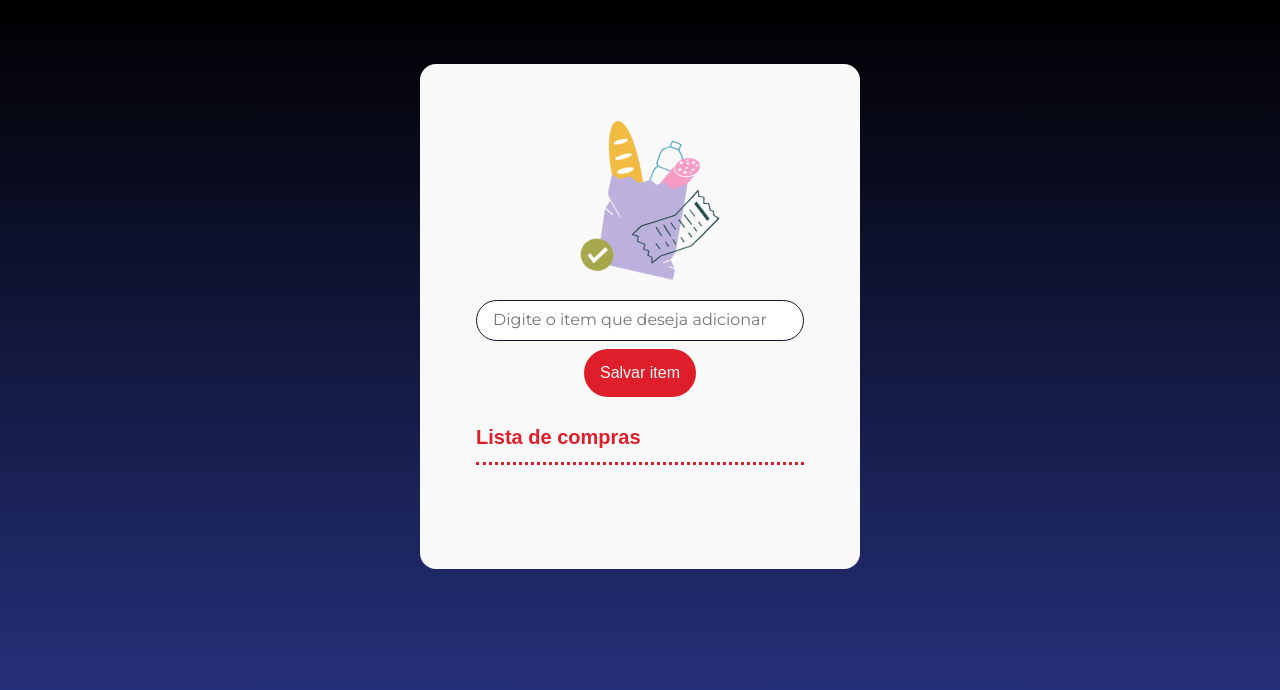
Repository: joaoPraiaJunior/compras_js
Page: index.html
The author's editor kept a copy of each file at every save. The page is drawn from the files as they stood at one save, then again after the next save.
The browser window is 1280 px wide. The pictures show the whole page.
Empty fields were first filled with sample values (such as "Sample", 5 or name@example.com).
After loading, the first visible `form.compras` was submitted once.
Some web fonts or font styles are not loaded; a fallback is used.

Above is the page before, as saved 2024-08-22 23:49:49.
Console error: TypeError: Failed to execute 'appendChild' on 'Node': parameter 1 is not of type 'Node'.

### index.html
<!DOCTYPE html>
<html lang="pt-BR" dir="ltr">

<head>
    <meta charset="UTF-8">
    <meta name="viewport" content="width=device-width, initial-scale=1.0">
    <meta name="description" content="Lista de compras">
    <title>Lista de Compras</title>
    <link rel="preconnect" href="https://fonts.googleapis.com">
    <link rel="preconnect" href="https://fonts.gstatic.com" crossorigin>
    <link href="https://fonts.googleapis.com/css2?family=Krona+One&family=Montserrat&family=Numans&display=swap" rel="stylesheet">
    <link rel="stylesheet" href="./css/styles.css">
</head>

<body>
    <header>
        <img src="./img/bag.png" alt="sacola de compras">
    </header>
    <main>
        <form class="compras" data-js="form-compras">
            <input class="compras__campo" type="text" name="compra" placeholder="Digite o item que deseja adicionar" data-js="input-do-item" required>
            <button type="submit" class="compras__botao" data-js="botao-adicionar-item">Salvar item</button>
        </form>
        <h1>Lista de compras</h1>
        <hr>

        <ul class="lista" data-js="lista-de-compras">
            <!-- <li class="lista__item">
                <div class="lista__container">
                    <div class="lista__compra">
                        <label class="checkbox" for="item-1">
                            <input class="checkbox__input" type="checkbox" id="item-1">
                            Ração de gato
                            <span class="checkbox__customizado checked"></span>
                        </label>
                    </div>
                    <div class="botao">
                        <button class="botao__excluir"><img src="./img/delete.svg" alt="Deletar"></button>
                        <button class="botao__editar"><img src="./img/edit.svg" alt="Editar"></button>
                    </div>
                </div>
                <p class="lista__data">Segunda-feira (<time datetime="2024-08-22">22/08/2024</time>) às <time>08:30</time></p>
            </li> -->
        </ul>
    </main>
    <script src="./js/scripts.js"></script>
</body>

</html>

### css/styles.css
* {
    box-sizing: border-box;
    margin: 0;
    padding: 0;
}

html {
    font-size: 62.5%;
}

:root {
    --cor-primaria: #df1e2b;
    --cor-secundaria: #C2373F;
    --neutro: #F9F9F9;
    --preto: #131730;
    --fonte-titulo: "Krona One", sans-serif;
    --fonte-texto: 'Numans', sans-serif;
    --degrade-azul: linear-gradient(180deg, #000000 0%, #26327F 100%);
}

body {
    display: flex;
    flex-direction: column;
    align-items: center;
    background: var(--degrade-azul);
    background-repeat: no-repeat;
    font-size: 1.6rem;
    height: 100vh;
}

header {
    text-align: center;
    margin-top: 6.4rem;
    background-color: var(--neutro);
    border-radius: 1.6rem 1.6rem 0 0;
    padding: 5.6rem 5.6rem 1.6rem 5.6rem;
    width: 44.0rem;

}

main {
    display: flex;
    flex-direction: column;
    align-items: center;
    gap: 2.4rem;
    background-color: var(--neutro);
    border-radius: 0 0 1.6rem 1.6rem;
    padding: 0 5.6rem 5.6rem 5.6rem;
    width: 44.0rem;
}

h1 {
    align-self: flex-start;
    font-family: var(--fonte-titulo);
    font-size: 2.0rem;
    color: var(--cor-primaria);
    line-height: 3.3rem;
}

hr {
    border: none;
    border-bottom: .3rem dotted var(--cor-primaria);
    margin-bottom: 2.4rem;
    width: 100%;
}

hr:empty {
    margin-top: calc(1.6rem * -1);
}

p, label {
    font-family: var(--fonte-texto);
    font-size: 1.8rem;
    font-weight: 400;
    text-align: left;
    line-height: 2.4rem;
}


.compras {
    display: flex;
    flex-direction: column;
    gap: .8rem;
    width: 100%;
}

.compras__campo {
    border: .1rem solid var(--preto);
    border-radius: 2.4rem;
    padding: 1.2rem 1.6rem;
}

.compras__campo::placeholder {
    font-family: "Montserrat", sans-serif;
    font-size: 1.6rem;
    line-height: 1.9rem;
}

.compras__botao {
    align-self: center;
    font-family: var(--fonte-texto);
    font-size: 1.6rem;
    line-height: 2.4rem;
    color: var(--neutro);
    background-color: var(--cor-primaria);
    border: none;
    border-radius: 2.4rem;
    padding: 1.2rem 1.6rem;
    cursor: pointer;
}

.lista {
    list-style: none;
    width: 100%;
}

.lista__container {
    display: flex;
    align-items: center;
    justify-content: space-between;
}

.lista__compra {
    display: flex;
    align-items: center;
}

.lista__etiqueta {
    cursor: pointer;
}

.lista__data {
    font-size: 1.2rem;
    line-height: 2.0rem;
}

.checkbox {
    display: flex;
    align-items: center;
    flex-direction: row-reverse;
    cursor: pointer;
}
.checkbox__input {
    opacity: 0;
    width: 0;
    height: 0;
}

.checkbox__customizado {
    background-color: var(--neutro);
    margin-right: .8rem;
    border: .1rem solid var(--preto);
    border-radius: .4rem;
    width: 2.0rem;
    height: 2.0rem;
    cursor: pointer
}

.checkbox__input:checked ~ .checked {
    position: relative;
    background-color: var(--preto);
}

.checked::before {
    content: "";
    position: absolute;
    top: -10%;
    left: 30%;
    width: .5rem;
    height: 1.4rem;
    border-top: .2rem solid var(--neutro);
    border-left: .2rem solid var(--neutro);
    transform: rotate(-140deg);
}

.botao__excluir, .botao__editar {
    background-color: transparent;
    border: none;
    cursor: pointer;
}

### js/scripts.js
const elementos = {
    formCompras: '[data-js="form-compras"]',
    inputDoItem: '[data-js="input-do-item"]',
    listaDeCompras: '[data-js="lista-de-compras"]',
}

const formCompras = document.querySelector(elementos.formCompras);
const inputDoItem = document.querySelector(elementos.inputDoItem);
const listaDeCompras = document.querySelector(elementos.listaDeCompras);
let contadorDeItens = 0;



function adicionarItemDeCompra(evento) {
    evento.preventDefault();
    const itemDeCompra = inputDoItem.value;
    inputDoItem.value = '';
    contadorDeItens++;
    listaDeCompras.appendChild(criarItemDaLista(itemDeCompra));
}

function criarItemDaLista(itemDeCompra) {
    const liDaLista = document.createElement('li');
    const divContainer = document.createElement('div');
    const divListaDeCompras = document.createElement('div');
    const labelDoCheckbox = document.createElement('label');
    const inputCheckbox = document.createElement('input');
    const checkBoxCustomizado = document.createElement('span');
    const divBotao = document.createElement('div');
    const botaoExcluir = document.createElement('button');
    const botaoEditar = document.createElement('button');
    const iconeExcluir = document.createElement('img');
    const iconeEditar = document.createElement('img');
    const paragrafoData = document.createElement('p');
    const data = document.createElement('time');
    const horas = document.createElement('time');

    liDaLista.classList.add('lista__item');
    divContainer.classList.add('lista__container');
    divListaDeCompras.classList.add('lista__compra');
    labelDoCheckbox.classList.add('checkbox');
    inputCheckbox.classList.add('checkbox__input');
    checkBoxCustomizado.classList.add('checkbox__customizado', 'checked');
    divBotao.classList.add('botao');
    botaoExcluir.classList.add('botao__excluir');
    botaoEditar.classList.add('botao__editar');

    labelDoCheckbox.setAttribute('for', `item-${contadorDeItens}`);
    inputCheckbox.setAttribute('type', 'checkbox');
    inputCheckbox.setAttribute('id', `item-${contadorDeItens}`);
    iconeExcluir.setAttribute('src', './img/delete.svg');
    iconeEditar.setAttribute('src', './img/edit.svg');

    liDaLista.appendChild(divContainer);
    divContainer.appendChild(divListaDeCompras);
    divListaDeCompras.appendChild(labelDoCheckbox);
    labelDoCheckbox.appendChild(inputCheckbox);
    labelDoCheckbox.appendChild(`${itemDeCompra}`);
    labelDoCheckbox.appendChild(checkBoxCustomizado);
    divContainer.appendChild(divBotao);
    divBotao.appendChild(botaoExcluir);
    divBotao.appendChild(botaoEditar);
    botaoExcluir.appendChild(iconeExcluir);
    botaoEditar.appendChild(iconeEditar);

    return liDaLista;
}

formCompras.addEventListener('submit', adicionarItemDeCompra);

After the next save:
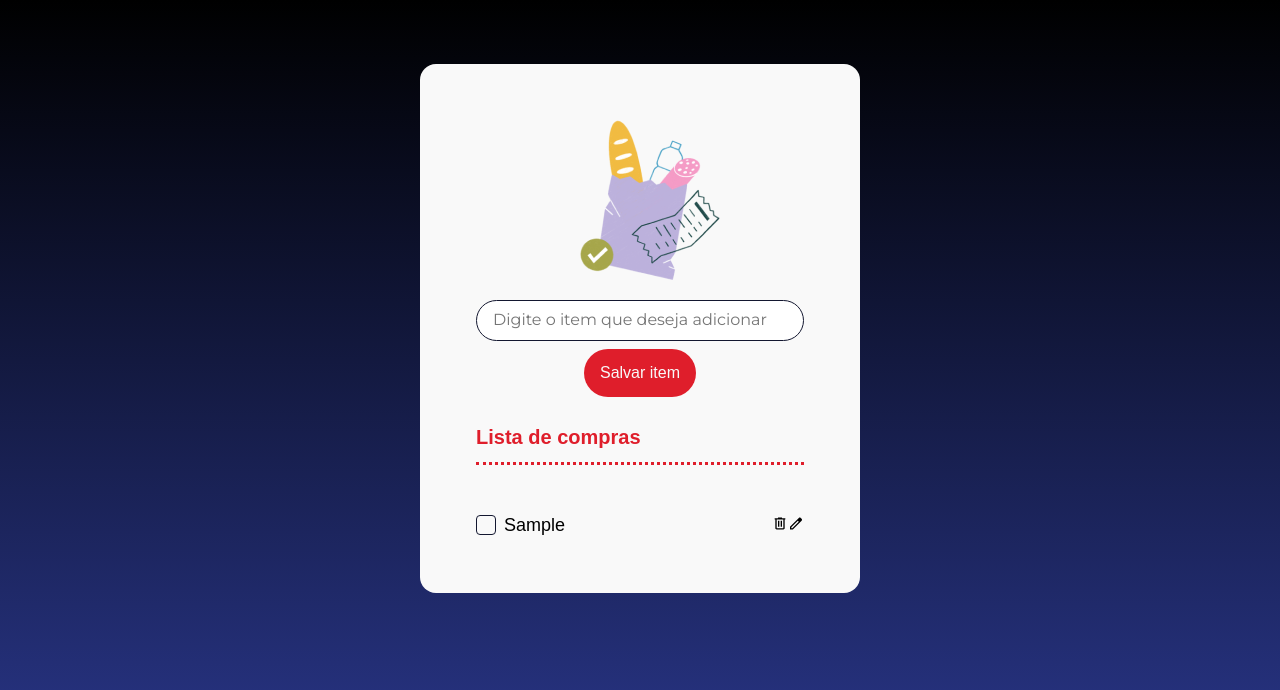
The error is gone.
Saved 67 s later.
--- a/js/scripts.js
+++ b/js/scripts.js
@@ -55,7 +55,7 @@ function criarItemDaLista(itemDeCompra) {
     divContainer.appendChild(divListaDeCompras);
     divListaDeCompras.appendChild(labelDoCheckbox);
     labelDoCheckbox.appendChild(inputCheckbox);
-    labelDoCheckbox.appendChild(`${itemDeCompra}`);
+    labelDoCheckbox.textContent = `${itemDeCompra}`;
     labelDoCheckbox.appendChild(checkBoxCustomizado);
     divContainer.appendChild(divBotao);
     divBotao.appendChild(botaoExcluir);
